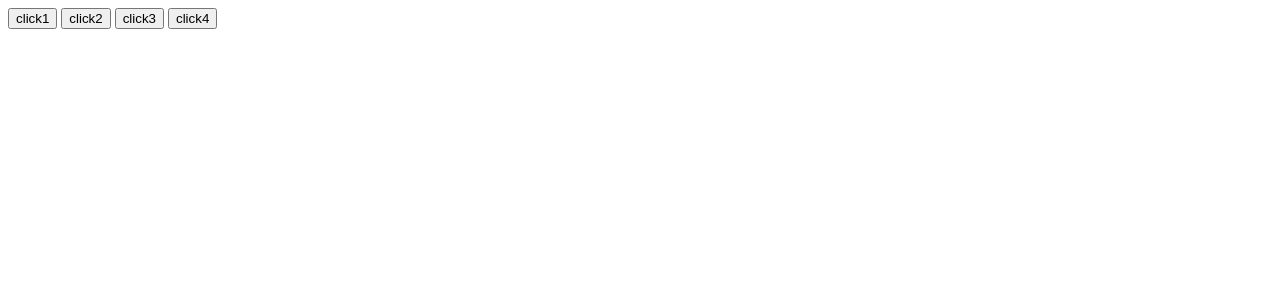
Repository: mirror-neuron/JsonStudy
Page: JsonApp01/WebContent/JsonTest09.html
The author's editor kept a copy of each file at every save. The page is drawn from the files as they stood at one save, then again after the next save.
The browser window is 1280 px wide. The pictures show the whole page.

Above is the page before, as saved 2019-05-31 06:28:29.

### JsonApp01/WebContent/JsonTest09.html
<script type="text/javascript">

	var obj4 =
	{
		"test" : null
	}

</script>

<form>

	<input type="button" value="click1" onclick="alert(obj4)"/>
	<input type="button" value="click2" onclick="alert(typeof obj4)"/>

	<input type="button" value="click3" onclick="alert(obj4.test)"/>
	<!-- null -->
	<input type="button" value="click4" onclick="alert(typeof obj4.test)"/>
	<!-- object -->

	<br><br>

</form>

After the next save:
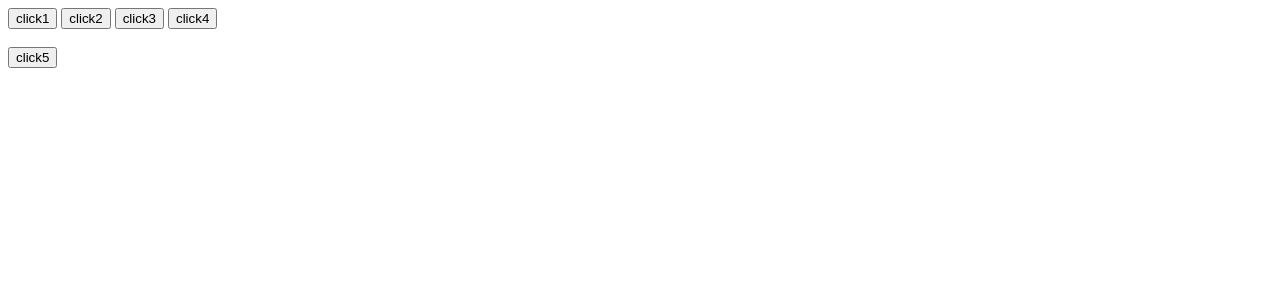
Saved 29 s later.
--- a/JsonApp01/WebContent/JsonTest09.html
+++ b/JsonApp01/WebContent/JsonTest09.html
@@ -19,4 +19,6 @@
 
 	<br><br>
 
+	<input type="button" value="click5" onclick="obj4.test=false; alert(obj5.test);"/>
+
 </form>
